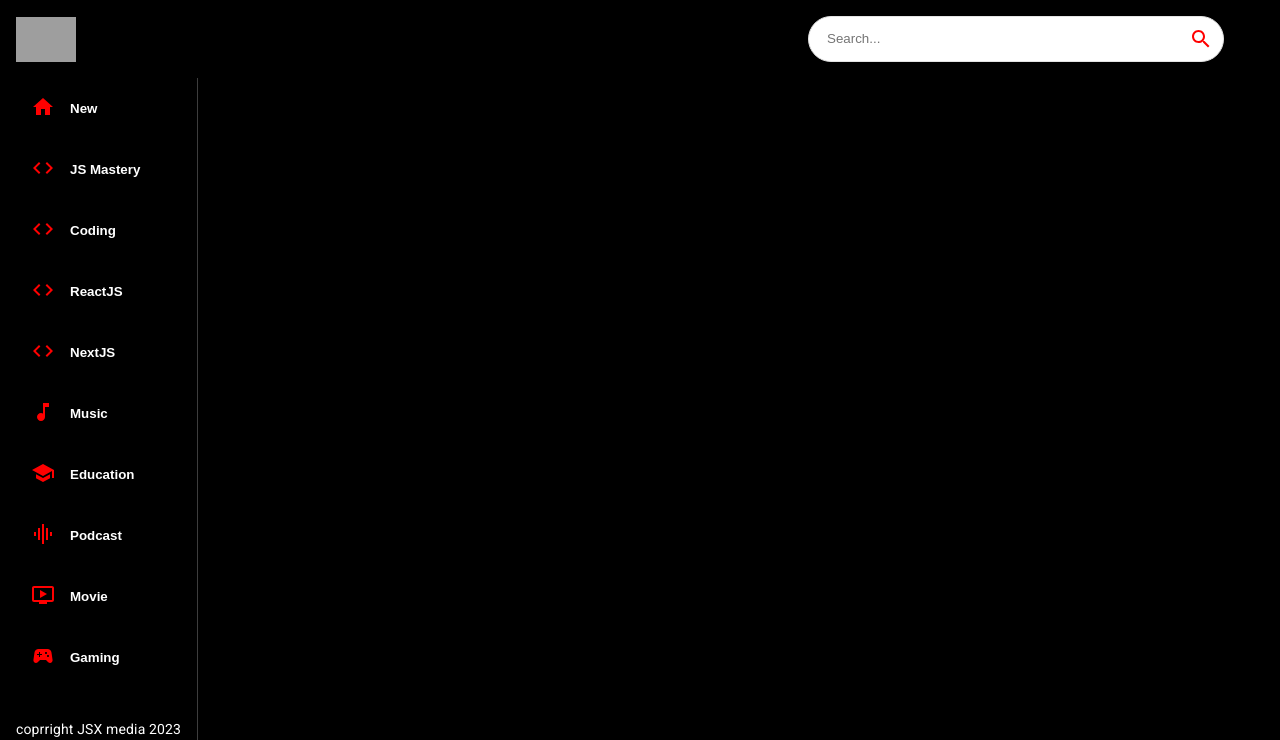
Repository: hieuhieu10/youtube_clone
Page: /
An editor plug-in stored every save of this project. The page is shown before and after the next save, followed by the edit.
The browser window is 1280 px wide. The pictures show the whole page.
Pictures or frames that could not be fetched are drawn as grey boxes. The project was rebuilt for these pictures with package versions that can differ from the ones it lists, and the page was loaded fresh each time. Also part of the build but not shown: src/components/ChannelDetail.jsx, src/components/VideoDetail.jsx, src/components/SearchFeed.jsx.

Above is the page before, as saved 2023-04-13 18:10:51.

### public/index.html
<!DOCTYPE html>
<html lang="en">

<head>
  <meta charset="utf-8" />
  <link rel="icon" href="%PUBLIC_URL%/favicon.ico" />
  <meta name="viewport" content="width=device-width, initial-scale=1" />
  <meta name="theme-color" content="#000000" />
  <meta name="description" content="Web site created using create-react-app" />
  <link rel="apple-touch-icon" href="%PUBLIC_URL%/logo192.png" />

  <link rel="manifest" href="%PUBLIC_URL%/manifest.json" />
  <link rel="stylesheet" href="https://fonts.googleapis.com/icon?family=Material+Icons" />
  <link rel="stylesheet" href="https://fonts.googleapis.com/css?family=Roboto:300,400,500,700&display=swap" />
  <title>youtube Clone</title>
</head>

<body>
  <noscript>You need to enable JavaScript to run this app.</noscript>
  <div id="root"></div>

</body>

</html>

### src/index.js
import React from "react";
import  ReactDOM  from "react-dom/client";

import App from "./App";
import './index.css';

const root = ReactDOM.createRoot(document.getElementById('root'))
root.render(<App/>)

### src/App.js
import React from 'react'
import { BrowserRouter, Routes, Route } from 'react-router-dom'
import { Box } from '@mui/material'

import { Navbar, ChannelDetail, Feed, SearchFeed, VideoDetail } from './components'

const App = () => (
      <BrowserRouter>
      <Box sx={{backgroundColor: '#000'}}>
         < Navbar/>
          <Routes>
            <Route path='/' exact element={<Feed/>}/>
            <Route path='/video/:id'  element={<VideoDetail/>}/>
            <Route path='/Channel/:id'  element={<ChannelDetail/>}/>
            <Route path='/Search/:SearchTerm'  element={<SearchFeed/>}/>
          </Routes>
      </Box>
      </BrowserRouter>
      )

export default App

### src/components/index.js
export {default as Navbar}  from './Navbar'
export {default as Feed} from './Feed'
export {default as ChannelDetail} from './ChannelDetail'
export {default as VideoDetail} from './VideoDetail'
export {default as SearchFeed} from './SearchFeed'
export {default as SearchBar} from './SearchBar'
export {default as SideBar} from './SideBar'

### src/components/Navbar.jsx
import { Stack } from "@mui/material"
import { Link } from "react-router-dom"

import {logo} from '../utils/constants'
import SearchBar from "./SearchBar"
const Navbar = () => (
    <Stack direction='row'
    alignItems='center'
    p={2}
    sx={{ position: 'sticky',background: '#000',
    top:0, justifyContent: 'space-between' }}>
      <Link to='/' style={{display: 'flex', alignItems: 'center'}}>
        <img src={logo} alt="logo" height={45}/>
      </Link>
      <SearchBar/>

      </Stack>
  )


export default Navbar

### src/components/Feed.jsx
import { useState, useEffect } from "react"
import { Box, Stack, Typography } from "@mui/material"
import SideBar from "./SideBar"
const Feed = () => {
  return (
    <Stack sx={{flexDirection: {sx: "column", md: "row"}}}>
      <Box sx={{height: {sx: 'auto', md: '92vh', } , borderRight: '1px solid #3d3d3d', px: {sx: 0, md: 2}}}>
        <SideBar/>
        <Typography className="copyright" variant="body2" sx={{mt: 1.5, color: '#fff'}}>
          coprright JSX media 2023
        </Typography>
      </Box>

    </Stack>
  )
}

export default Feed

### src/components/SearchBar.jsx
import { useState } from "react"
import { useNavigate } from "react-router-dom"
import { Paper, IconButton } from "@mui/material"
import {Search} from '@mui/icons-material'

const SearchBar = () => {
  return (
    <Paper component="form" onSubmit={()=>{}}
    sx={{borderRadius: 20 ,
        border: '1px solid #e3e3e3',
        pl:2,
        boxShadow: 'none',
        mr: {sm:5}
        }}>
          <input className="search-bar" placeholder="Search..." value="" onChange={()=>{}}/>
          <IconButton type="submit" sx={{p:'10px', color:'red' }}>
            <Search/>
          </IconButton>

    </Paper>
  )
}

export default SearchBar

### src/components/SideBar.jsx
import { Stack } from "@mui/material"
import { categories } from "../utils/constants"


const selectedCategory = "new"
const SideBar = () => {
  return (
    <Stack direction='row' sx={{overflow: 'auto', height: {sx: 'auto', md: '95%'}, flexDirection: { md: 'column'}}}>
        {categories.map((category) => (
            <button className="category-btn"
              style={{background: category.name === selectedCategory && '#FC1503', color: 'white'}}
              key={category.name}
            >
                <span style={{color: category.name === selectedCategory ? 'white' : 'red', marginRight: '15px'}}>{category.icon}</span>
                <span>{category.name}</span>

            </button>
        ))}
    </Stack>
  )
}

export default SideBar

### src/utils/constants.js
import MusicNoteIcon from '@mui/icons-material/MusicNote';
import HomeIcon from '@mui/icons-material/Home';
import CodeIcon from '@mui/icons-material/Code';
import OndemandVideoIcon from '@mui/icons-material/OndemandVideo';
import SportsEsportsIcon from '@mui/icons-material/SportsEsports';
import LiveTvIcon from '@mui/icons-material/LiveTv';
import SchoolIcon from '@mui/icons-material/School';
import FaceRetouchingNaturalIcon from '@mui/icons-material/FaceRetouchingNatural';
import CheckroomIcon from '@mui/icons-material/Checkroom';
import GraphicEqIcon from '@mui/icons-material/GraphicEq';
import TheaterComedyIcon from '@mui/icons-material/TheaterComedy';
import FitnessCenterIcon from '@mui/icons-material/FitnessCenter';
import DeveloperModeIcon from '@mui/icons-material/DeveloperMode';

export const logo = 'https://i.ibb.co/s9Qys2j/logo.png';

export const categories = [
  { name: 'New', icon: <HomeIcon />, },
  { name: 'JS Mastery', icon: <CodeIcon />, },
  { name: 'Coding', icon: <CodeIcon />, },
  { name: 'ReactJS', icon: <CodeIcon />, },
  { name: 'NextJS', icon: <CodeIcon />, },
  { name: 'Music', icon: <MusicNoteIcon /> },
  { name: 'Education', icon: <SchoolIcon />, },
  { name: 'Podcast', icon: <GraphicEqIcon />, },
  { name: 'Movie', icon: <OndemandVideoIcon />, },
  { name: 'Gaming', icon: <SportsEsportsIcon />, },
  { name: 'Live', icon: <LiveTvIcon />, },
  { name: 'Sport', icon: <FitnessCenterIcon />, },
  { name: 'Fashion', icon: <CheckroomIcon />, },
  { name: 'Beauty', icon: <FaceRetouchingNaturalIcon />, },
  { name: 'Comedy', icon: <TheaterComedyIcon />, },
  { name: 'Gym', icon: <FitnessCenterIcon />, },
  { name: 'Crypto', icon: <DeveloperModeIcon />, },
];

export const demoThumbnailUrl = 'https://i.ibb.co/G2L2Gwp/API-Course.png';
export const demoChannelUrl = '/channel/UCmXmlB4-HJytD7wek0Uo97A';
export const demoVideoUrl = '/video/GDa8kZLNhJ4';
export const demoChannelTitle = 'JavaScript Mastery';
export const demoVideoTitle = 'Build and Deploy 5 JavaScript & React API Projects in 10 Hours - Full Course | RapidAPI';
export const demoProfilePicture = 'http://dergipark.org.tr/assets/app/images/buddy_sample.png'

Loaded but not shown: src/index.css (common file)

After the next save:
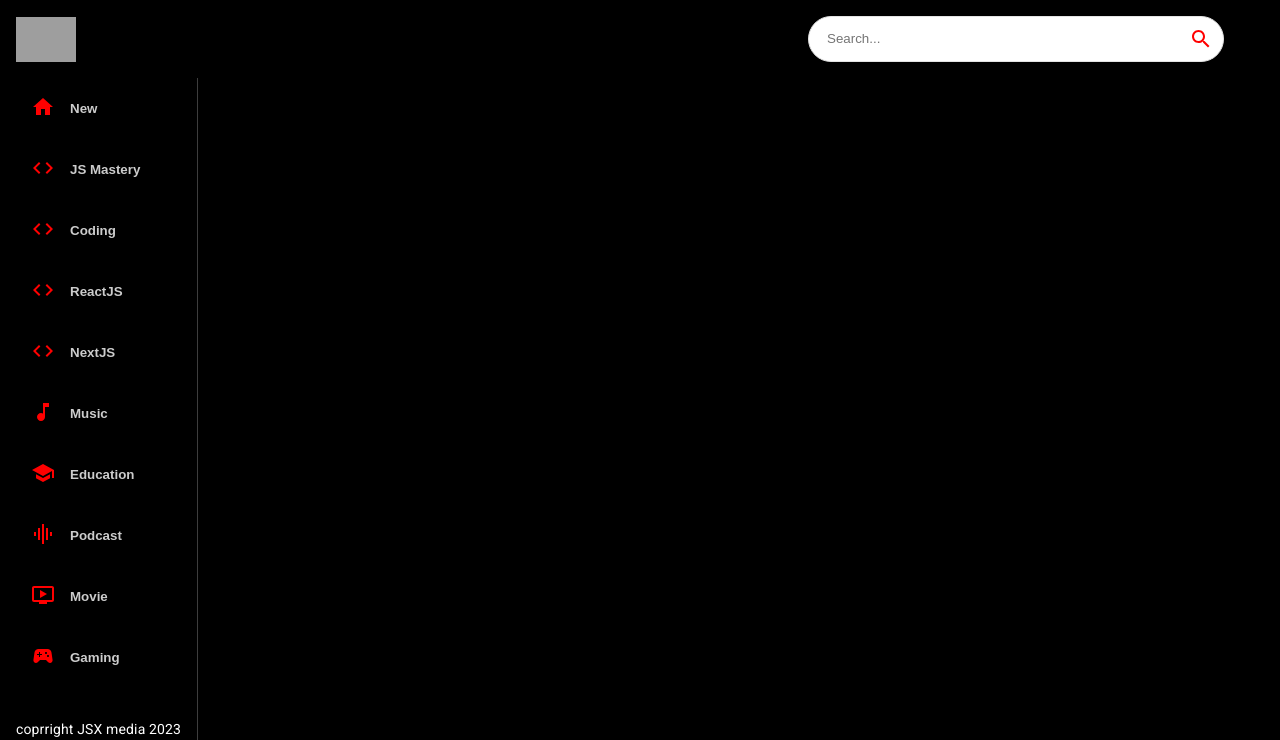
Saved 4 min 6 s later.
--- a/src/components/SideBar.jsx
+++ b/src/components/SideBar.jsx
@@ -11,8 +11,10 @@
               style={{background: category.name === selectedCategory && '#FC1503', color: 'white'}}
               key={category.name}
             >
-                <span style={{color: category.name === selectedCategory ? 'white' : 'red', marginRight: '15px'}}>{category.icon}</span>
-                <span>{category.name}</span>
+                <span style={{color: category.name === selectedCategory ? 'white' : 'red',
+                  marginRight: '15px'}}>
+                  {category.icon}</span>
+                <span style={{ opacity: category.name === selectedCategory ? '1' : '0.8'}}>{category.name}</span>
 
             </button>
         ))}
